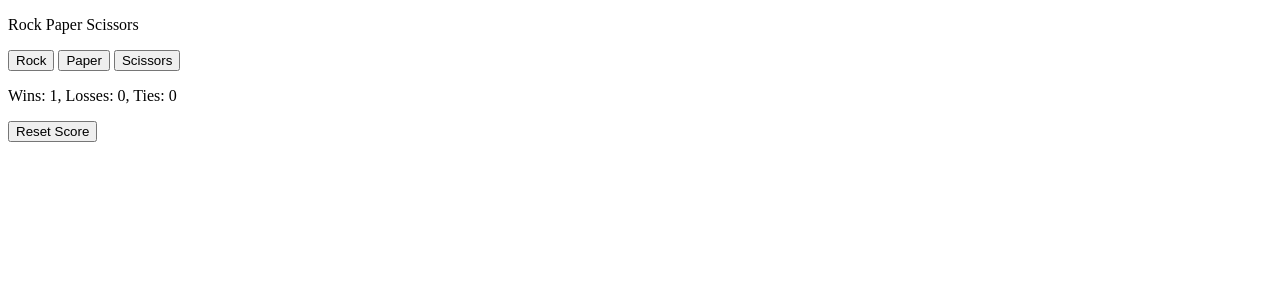
Repository: Samkiroko/Javascript-course
Page: 09-rock-paper-scissior.html
These files come from the project's save history. The page is drawn as it stood at one moment and after the next save; the edit follows.
The browser window is 1280 px wide. The pictures show the whole page.
After loading, the first visible `button` was clicked once.

Above is the page before, as saved 2023-08-25 19:15:28.

### 09-rock-paper-scissior.html
<!DOCTYPE html>
<html>
  <head>
    <title>Rock Paper Scissors</title>
  </head>
  <body>
    <p>Rock Paper Scissors</p>
    <button
      onclick="
      playGame('rock');
    "
    >
      Rock
    </button>

    <button
      onclick="
      playGame('paper');
    "
    >
      Paper
    </button>

    <button
      onclick="
      playGame('scissors');
    "
    >
      Scissors
    </button>
    <p class="js-score"></p>

    <button
      onclick="
      score.wins = 0;
      score.losses = 0;
      score.ties = 0;
      localStorage.removeItem('score');
      updateScoreElement();
    "
    >
      Reset Score
    </button>

    <script>
      let score = JSON.parse(localStorage.getItem('score')) || {
        wins: 0,
        losses: 0,
        ties: 0,
      };

      updateScoreElement();

      /*
      if (!score) {
        score = {
          wins: 0,
          losses: 0,
          ties: 0
        };
      }
      */

      function playGame(playerMove) {
        const computerMove = pickComputerMove();

        let result = '';

        if (playerMove === 'scissors') {
          if (computerMove === 'rock') {
            result = 'You lose.';
          } else if (computerMove === 'paper') {
            result = 'You win.';
          } else if (computerMove === 'scissors') {
            result = 'Tie.';
          }
        } else if (playerMove === 'paper') {
          if (computerMove === 'rock') {
            result = 'You win.';
          } else if (computerMove === 'paper') {
            result = 'Tie.';
          } else if (computerMove === 'scissors') {
            result = 'You lose.';
          }
        } else if (playerMove === 'rock') {
          if (computerMove === 'rock') {
            result = 'Tie.';
          } else if (computerMove === 'paper') {
            result = 'You lose.';
          } else if (computerMove === 'scissors') {
            result = 'You win.';
          }
        }

        if (result === 'You win.') {
          score.wins += 1;
        } else if (result === 'You lose.') {
          score.losses += 1;
        } else if (result === 'Tie.') {
          score.ties += 1;
        }

        localStorage.setItem('score', JSON.stringify(score));

        updateScoreElement();

        alert(`You picked ${playerMove}. Computer picked ${computerMove}. ${result}
Wins: ${score.wins}, Losses: ${score.losses}, Ties: ${score.ties}`);
      }

      function updateScoreElement() {
        document.querySelector(
          '.js-score'
        ).innerHTML = `Wins: ${score.wins}, Losses: ${score.losses}, Ties: ${score.ties}`;
      }

      function pickComputerMove() {
        const randomNumber = Math.random();

        let computerMove = '';

        if (randomNumber >= 0 && randomNumber < 1 / 3) {
          computerMove = 'rock';
        } else if (randomNumber >= 1 / 3 && randomNumber < 2 / 3) {
          computerMove = 'paper';
        } else if (randomNumber >= 2 / 3 && randomNumber < 1) {
          computerMove = 'scissors';
        }

        return computerMove;
      }
    </script>
  </body>
</html>

After the next save:
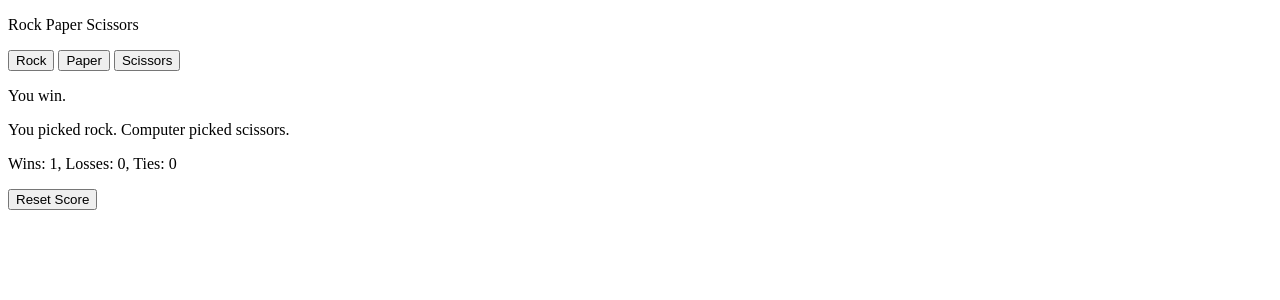
Saved 2 min 24 s later.
--- a/09-rock-paper-scissior.html
+++ b/09-rock-paper-scissior.html
@@ -28,6 +28,8 @@
     >
       Scissors
     </button>
+    <p class="js-result"></p>
+    <p class="js-moves"></p>
     <p class="js-score"></p>
 
     <button
@@ -104,6 +106,11 @@
 
         updateScoreElement();
 
+        document.querySelector('.js-result').innerHTML = result;
+        document.querySelector(
+          '.js-moves'
+        ).innerHTML = `You picked ${playerMove}. Computer picked ${computerMove}.`;
+
         alert(`You picked ${playerMove}. Computer picked ${computerMove}. ${result}
 Wins: ${score.wins}, Losses: ${score.losses}, Ties: ${score.ties}`);
       }
